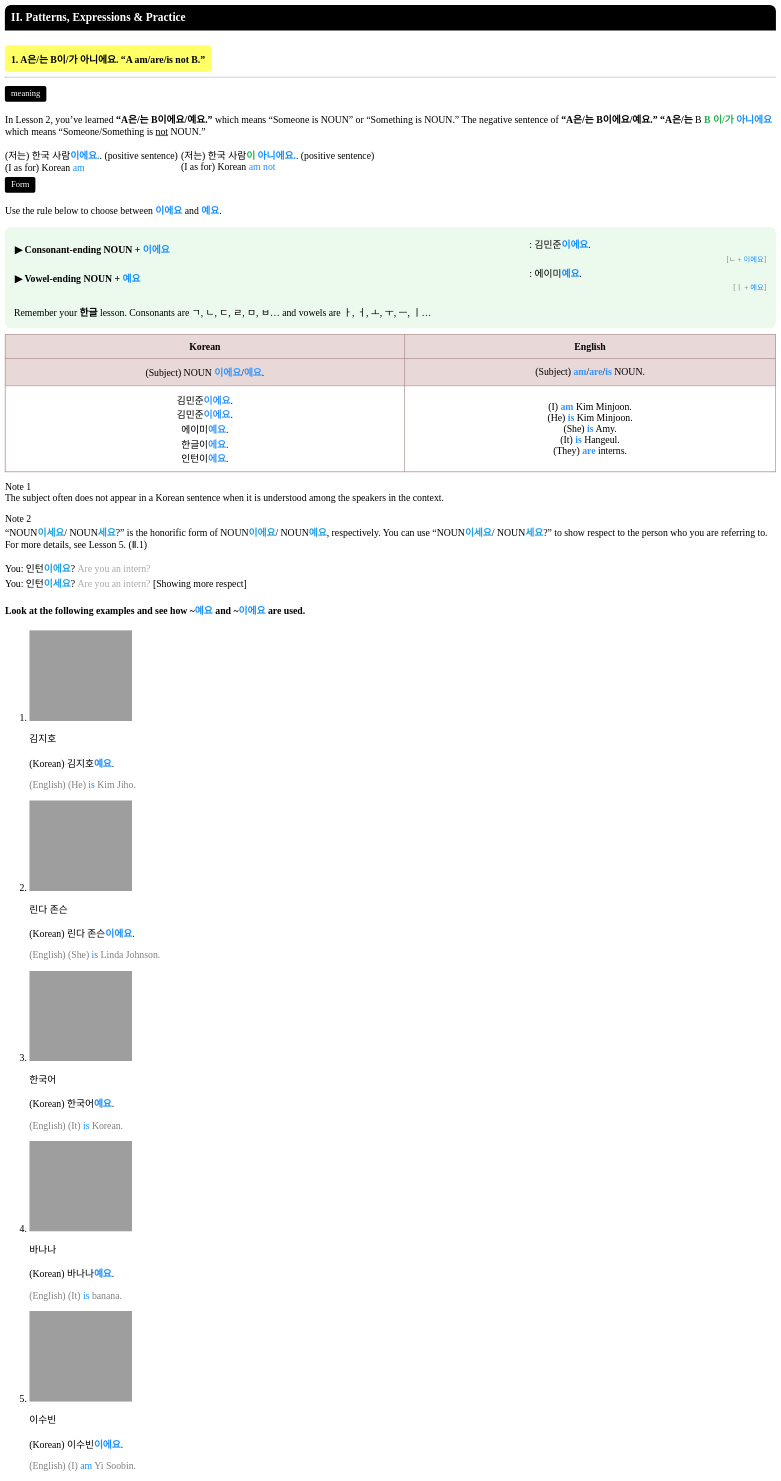
Repository: elliehong89/pineapple-content
Page: 1.anytimekorea/chap3/섹션6.html
The author's editor kept a copy of each file at every save. The page is drawn from the files as they stood at one save, then again after the next save.
The browser window is 1280 px wide. The pictures show the whole page, at 61% of full size.
Pictures or frames that could not be fetched are drawn as grey boxes.

Above is the page before, as saved 2025-02-19 18:43:45.

After the next save:
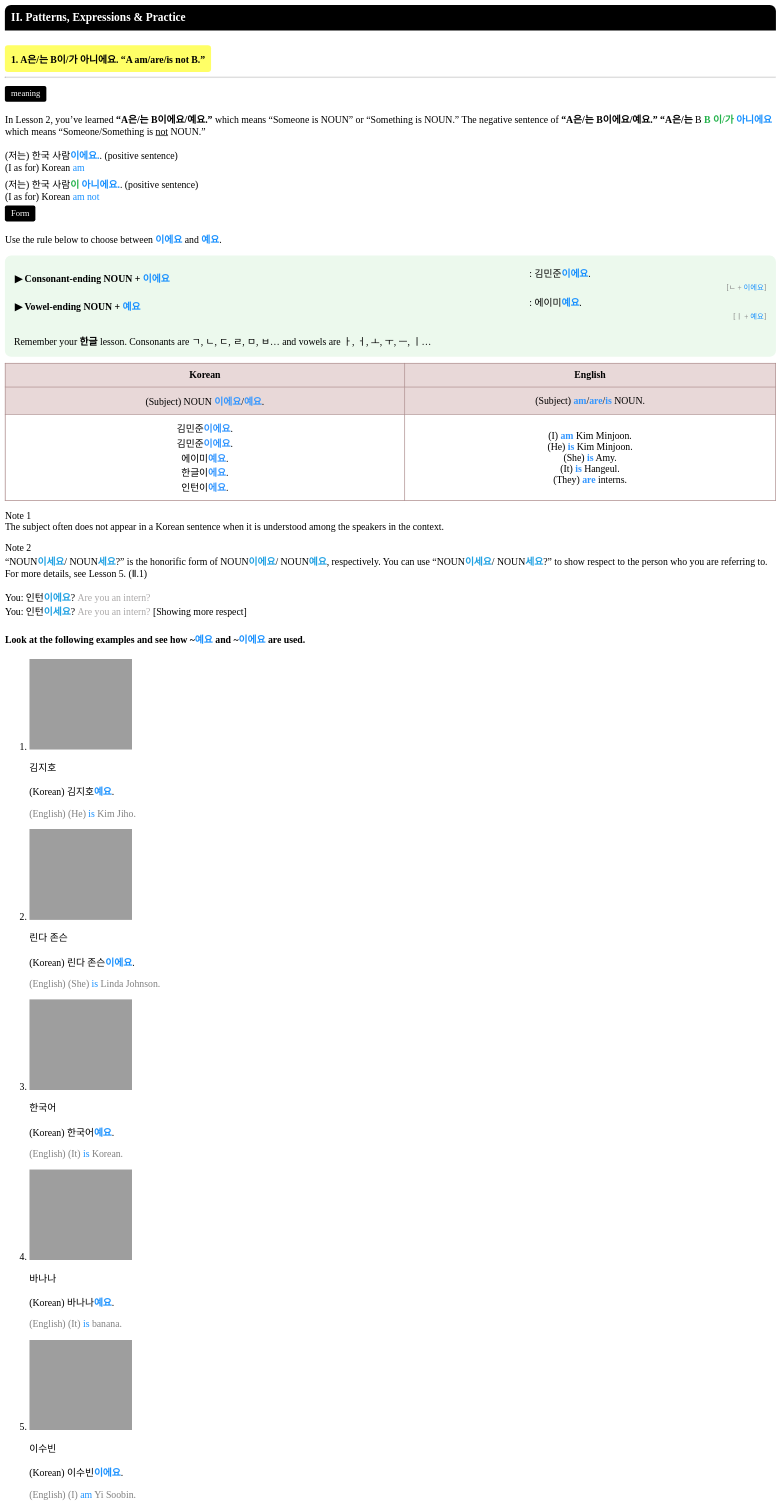
Saved 23 s later.
--- a/1.anytimekorea/chap3/섹션6.html
+++ b/1.anytimekorea/chap3/섹션6.html
@@ -18,7 +18,7 @@
     <span style="color: #1890FF; font-weight: bold;">아니에요</span>
     which means “Someone/Something is <span style="text-decoration: underline;">not</span> NOUN.”
 </p>
-<div style="display: flex; flex-direction: row; gap: 5px;">
+<div style="display: flex; flex-direction: column; gap: 5px;">
     <div style="display: flex; flex-direction: column; gap: 2px;">
         <p style="margin: 0; padding: 0;">(저는) 한국 사람<span style="color: #1890FF; font-weight: bold;">이에요.</span>. (positive sentence)</p>
         <p style="margin: 0; padding: 0; gap: 2px;">(I as for) Korean <span style="color:#1890FF;">am</span></p>
